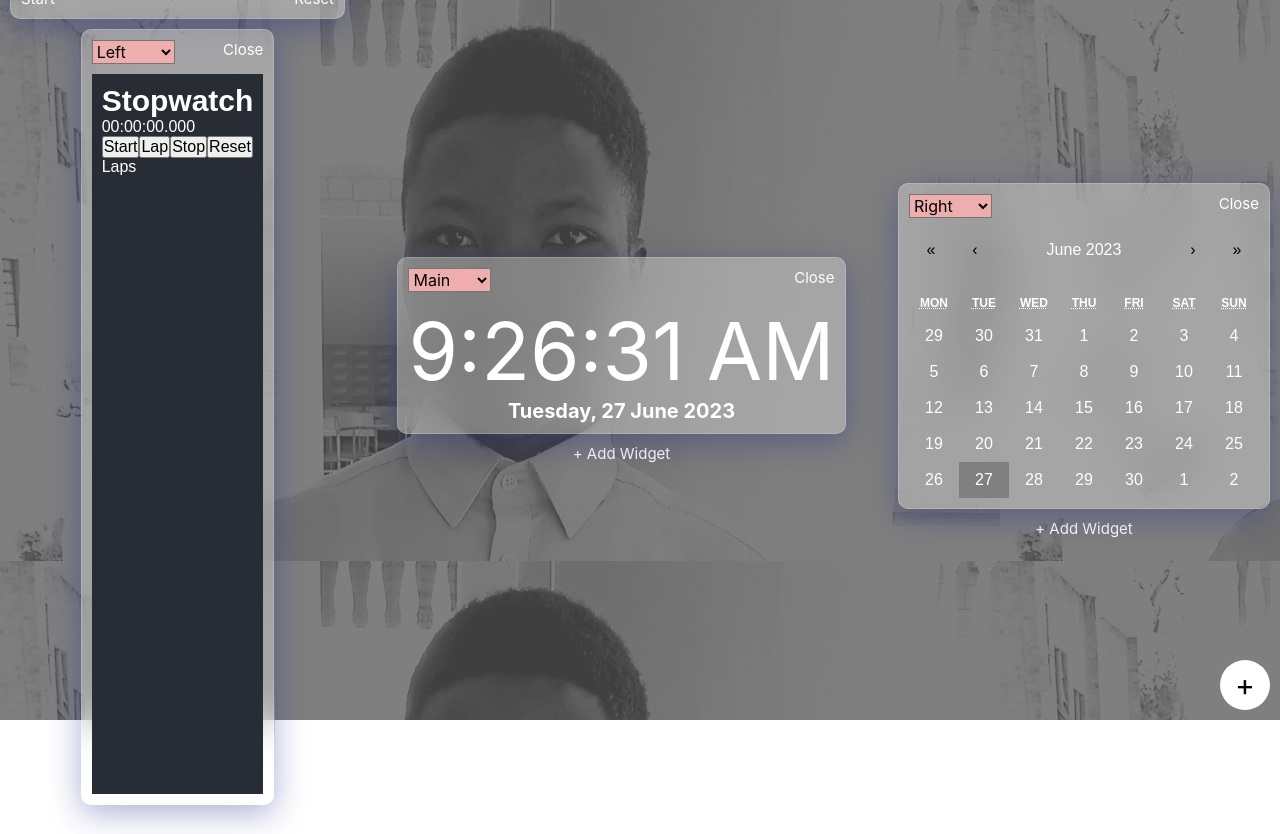
Repository: Angera-Silas/Planner-app
Page: /
The author's editor kept a copy of each file at every save. The page is drawn from the files as they stood at one save, then again after a run of saves.
The browser window is 1280 px wide. The pictures show the whole page.
The project was rebuilt for these pictures with package versions that can differ from the ones it lists, and the page was loaded fresh each time. Also part of the build but not shown: src/widgets/ReminderListWidget.js, src/modals/WidgetGalleryModal.js.

Above is the page before, as saved 2023-06-27 17:43:59.

### src/index.css
body {
  margin: 0;
  font-family: -apple-system, BlinkMacSystemFont, 'Segoe UI', 'Roboto', 'Oxygen',
    'Ubuntu', 'Cantarell', 'Fira Sans', 'Droid Sans', 'Helvetica Neue',
    sans-serif;
  -webkit-font-smoothing: antialiased;
  -moz-osx-font-smoothing: grayscale;
}

code {
  font-family: source-code-pro, Menlo, Monaco, Consolas, 'Courier New',
    monospace;
}
*,
*::before,
*::after {
 box-sizing: border-box;
}

img,
svg,
video,
canvas,
audio,
iframe,
embed,
object {
 display: block;
 max-width: 100%;
}

input,
button,
textarea,
select {
 font: inherit;
 color: black;
}

* {
 margin: 0;
 padding: 0;
 box-sizing: border-box;
 font: inherit;
 color: white;
}

/* width */
::-webkit-scrollbar {
 width: 10px;
}

/* Track */
::-webkit-scrollbar-track {
 background: #363636;
}

/* Handle */
::-webkit-scrollbar-thumb {
 background: #777;
}

/* Handle on hover */
::-webkit-scrollbar-thumb:hover {
 background: #1e1e1e;
}

### src/App.js
import React, { useState } from 'react';
import './App.css';
import ClockWidget from './widgets/ClockWidget';
import WidgetGalleryModal from './modals/WidgetGalleryModal';
import Draggable from 'react-draggable';
import TimerWidget from './widgets/TimerWidget';
import CalendarWidget from './widgets/CalendarWidget';
import MyCustomWidget from './widgets/MyCustomWidget';

function App() {
 const [widgets, setWidgets] = useState([
  { id: new Date().getTime(), component: <ClockWidget />, area: 'main-widget', name: "Date and Time" },
  { id: new Date().getTime() + 2, component: <CalendarWidget />, area: 'right-widget', name: "Calendar" },
  { id: new Date().getTime() + 1, component: <TimerWidget />, area: 'left-widget', name:"Timer" },
  { id: new Date().getTime(), component: <MyCustomWidget/>,area:'left-widget',name:"Stopwatch"},
 ])
 const [showWidgetModal, setShowWidgetModal] = useState(false)
 const [selectedWidgetArea, setSelectedWidgetArea] = useState('')

 const removeWidget = (index) => {
  try {
   setWidgets(widgets.filter(widget => widget.id !== index))
  } catch (error) {
   console.log(error)
  }
 }

 return (
  <>
   {showWidgetModal && <WidgetGalleryModal setShowWidgetModal={setShowWidgetModal} selectedWidgetArea={selectedWidgetArea} widgets={widgets} setWidgets={setWidgets} />}
   <div className="add-button"
    onClick={() => {
     console.log('add button clicked')
     setShowWidgetModal(true)
     setSelectedWidgetArea('none-widget')
    }}
   >
    <p
     className='add-widget-button'
     style={{ background: "none", border: "none", color: "black", fontSize: "30px", cursor: "pointer", backgroundColor: "white", borderRadius: "50%", width: "50px", display: "flex", justifyContent: "center", alignItems: "center", height: "50px", position: "fixed", bottom: "10px", right: "10px" }}
    >+</p>
   </div>
   <div className='none-widget' >
    {widgets.length > 0 && widgets.map((widget, index) => {
     if (widget.area === 'none-widget') {
      return (
       <Draggable>
            <div style={{ padding: 10,}} className='widget-container' >
             <div style={{ marginBottom: 10 }}>
              <select value={widget.area}
               onChange={(e) => {
                let widgetList = [...widgets]
                widgetList[index].area = e.target.value
                setWidgets(widgetList)
               }}
              >
               <option value="none-widget">Floating</option>
               <option value="left-widget">Left</option>
               <option value="main-widget">Main</option>
               <option value="right-widget">Right</option>
              </select>
              <button
               onClick={() => {
                removeWidget(widget.id)
               }}
               style={{ background: "none", border: "none", color: "white", fontSize: "15px", cursor: "pointer", float: "right" }}
              >Close</button>
             </div>
             {widget.component}
            </div>
       </Draggable>
      )
     }
    })}
   </div>
   <div className="App">
    <div className="container">
     <div className='left-widget'>
      {widgets.length > 0 && widgets.map((widget, index) => {
       if (widget.area === 'left-widget') {
        return (
         <div style={{ padding: 10,}} className='widget-container'>
          <div style={{ marginBottom: 10 }}>
           <select value={widget.area}
            onChange={(e) => {
             let widgetList = [...widgets]
             widgetList[index].area = e.target.value
             setWidgets(widgetList)
            }}
           >
            <option value="none-widget">Floating</option>
            <option value="left-widget">Left</option>
            <option value="main-widget">Main</option>
            <option value="right-widget">Right</option>
           </select>
           <button
            onClick={() => {
             removeWidget(widget.id)
            }}
            style={{ background: "none", border: "none", color: "white", fontSize: "15px", cursor: "pointer", float: "right" }}
           >Close</button>
          </div>
          {widget.component}
         </div>
        )
       }
      })}
      {widgets.filter(widget => widget.area === 'left-widget').length < 3 && widgets.filter(widget => widget.area === 'left-widget').length > 0 &&
       <button
        className='add-widget-button'
        onClick={() => {
         setShowWidgetModal(true)
         setSelectedWidgetArea('left-widget')
        }}>+ Add Widget</button>
      }
     </div>
     <div className='main-widget'>
      {widgets.length > 0 && widgets.map((widget, index) => {
       if (widget.area === 'main-widget') {
        return (
         <div style={{ padding: 10,}} className='widget-container' >
          <div style={{ marginBottom: 10 }}>
           <select value={widget.area}
            onChange={(e) => {
             let widgetList = [...widgets]
             widgetList[index].area = e.target.value
             setWidgets(widgetList)
            }}
           >
            <option value="none-widget">Floating</option>
            <option value="left-widget">Left</option>
            <option value="main-widget">Main</option>
            <option value="right-widget">Right</option>
           </select>
           <button
            onClick={() => {
             removeWidget(widget.id)
            }}
            style={{ background: "none", border: "none", color: "white", fontSize: "15px", cursor: "pointer", float: "right" }}
           >Close</button>
          </div>
          {widget.component}
         </div>
        )
       }
      })}
      {widgets.filter(widget => widget.area === 'main-widget').length < 2 &&
       <button
        className='add-widget-button'
        onClick={() => {
         setShowWidgetModal(true)
         setSelectedWidgetArea('main-widget')
        }}>+ Add Widget</button>
      }
     </div>
     <div className='right-widget'>
      {widgets.length > 0 && widgets.map((widget, index) => {
       if (widget.area === 'right-widget') {
        return (
         <div style={{ padding: 10,}} className='widget-container'>
          <div style={{ marginBottom: 10 }}>
           <select value={widget.area}
            onChange={(e) => {
             let widgetList = [...widgets]
             widgetList[index].area = e.target.value
             setWidgets(widgetList)
            }}
           >
            <option value="none-widget">Floating</option>
            <option value="left-widget">Left</option>
            <option value="main-widget">Main</option>
            <option value="right-widget">Right</option>
           </select>
           <button
            onClick={() => {
             removeWidget(widget.id)
            }}
            style={{ background: "none", border: "none", color: "white", fontSize: "15px", cursor: "pointer", float: "right" }}
           >Close</button>
          </div>
          {widget.component}
         </div>
        )
       }
      })}
      {widgets.filter(widget => widget.area === 'right-widget').length < 3 && widgets.filter(widget => widget.area === 'right-widget').length > 0 &&
       <button
        className='add-widget-button'
        onClick={() => {
         setShowWidgetModal(true)
         setSelectedWidgetArea('right-widget')
        }}>+ Add Widget</button>
      }
     </div>
    </div>
   </div>
  </>
 )
}

export default App;

### src/App.css
.App {
  background: url("background.jpg");
  height: 100vh;
  display: flex;
  justify-content: flex-start;
  align-items: center;

}

.container {
  display: flex;
  flex-direction: row;
  align-items: flex-start;
  justify-content: space-between;
  gap: 10px;
  width: 100vw;
  padding: 10px;
  max-height: 100vh;
  height: 100%;

}

.item {
  background-color: rgba(255, 255, 255, 0.8);
  border: 1px solid rgba(0, 0, 0);
  padding: 20px;
  font-size: 30px;
  text-align: center;
}

.time {
  font-size: 80px;
  color: white;
  text-align: center;
}

.date {
  font-size: 20px;
  color: white;
  text-align: center;
  font-weight: bold;
}

.add-widget-button {
  background-color: transparent;
  color: white;
  border: none;
  font-size: 15px;
  text-align: center;
  cursor: pointer;
}

.add-widget-button:hover {
  color: #1e1e1e;
}

.right-widget,
.left-widget,
.main-widget {
  display: flex;
  justify-content: center;
  align-items: center;
  flex-direction: column;
  gap: 10px;
  height: 100%;
  max-width: 500px;
}

.none-widget {
  position: fixed;
  /* height: 100vh;
  width: 100vw; */
  top: 0px;
  left: 0px;
}

select {
 background-color: #efaeae;
}

/* Modal */
.modal {
  position: fixed;
  z-index: 1;
  padding-top: 100px;
  left: 0;
  top: 0;
  width: 100vw;
  height: 100vh;
  overflow: auto;
  background-color: rgb(0, 0, 0, 0.4);
}

.modal-content {
  background-color: #183A37;
  margin: auto;
  padding: 20px;
  width: 50%;
  max-height: 50vh;
  overflow: scroll;
}

.modal-header {
  display: flex;
  justify-content: space-between;
  align-items: flex-start;
}

.modal-header h2 {
  color: white;
  font-weight: bold;
  font-size: 25px;
}

.row {
  display: flex;
  justify-content: space-between;
  align-items: center;
  gap: 10px;
}

.widget-gallery-item {
  color: black;
  border: 1px solid white;
  padding: 10px;
  margin-bottom: 10px;
}

.text-input {
  outline: none;
  border: none;
  border-bottom: 1px solid white;
  width: 100%;
  background-color: transparent;
  color: white;
  font-size: 20px;
  margin-top: 10px;
  padding-bottom: 3px;
}

.widget-container {
  background: rgba(255, 255, 255, 0.3);
  box-shadow: 0 8px 32px 0 rgba(31, 38, 135, 0.37);
  backdrop-filter: blur(20px);
  -webkit-backdrop-filter: blur(20px);
  border-radius: 10px;
  border: 1px solid rgba(255, 255, 255, 0.18);

}

.widget-gallery-item-name{
  font-size: 20px;
  font-weight: bold;
  margin-bottom: 10px;
}
.stopwatch {
 width: 100%;
 height: 100vh;
 background-color: #282c34;
 color: white;
 font-family: sans-serif;
 justify-content: flex-start;
 padding: 10px;
 align-items: center;
}

### src/widgets/ClockWidget.js
import React, { useEffect, useState } from 'react'

export default function ClockWidget() {
  const [time, setTime] = useState(new Date().toLocaleTimeString())
  const [date, setDate] = useState(new Date())
  useEffect(() => {
    const interval = setInterval(() => {
      setTime(new Date().toLocaleTimeString())
      setDate(new Date())
    }, 1000)
    return () => clearInterval(interval)
  }, [])

  const tidyDate = (date) => {
    const dateArray = date
    const day = dateArray.getDay()
    const dateNumber = dateArray.getDate()
    const month = dateArray.getMonth() + 1
    const year = dateArray.getFullYear()

    const days = ['Sunday', 'Monday', 'Tuesday', 'Wednesday', 'Thursday', 'Friday', 'Saturday']
    const months = ['January', 'February', 'March', 'April', 'May', 'June', 'July', 'August', 'September', 'October', 'November', 'December']

    return `${days[day]}, ${dateNumber} ${months[month - 1]} ${year}`

  }

  return (
    <div>
      <p className='time'>{time}</p>
      <p className='date'>{tidyDate(date)}</p>
    </div>
  )
}

### src/widgets/TimerWidget.js
import React, { useEffect, useState } from 'react'

export default function TimerWidget() {
  const [timerListData, setTimerListData] = useState({
    time: 0,
    isRunning: false,
  })

  const tidyTime = (time) => {
    let hours = Math.floor(time / 3600)
    let minutes = Math.floor((time - (hours * 3600)) / 60)
    let seconds = time - (hours * 3600) - (minutes * 60)

    if (hours < 10) { hours = "0" + hours }
    if (minutes < 10) { minutes = "0" + minutes }
    if (seconds < 10) { seconds = "0" + seconds }

    return hours + ':' + minutes + ':' + seconds
  }

  useEffect(() => {
    // timer logic
    let interval = null
    if (timerListData.isRunning && timerListData.time > 0) {
      interval = setInterval(() => {
        setTimerListData({
          ...timerListData,
          time: parseInt(timerListData.time) - 1,
        })
      }, 1000)
    } else if (!timerListData.isRunning && timerListData.time !== 0) {
      setTimerListData({
        ...timerListData,
        isRunning: false,
      })
      clearInterval(interval)
    } else if (timerListData.isRunning && timerListData.time === 0) {
      setTimerListData({
        ...timerListData,
        isRunning: false,
      })
      clearInterval(interval)
      alert('Timer is up!')
    }

      return () => clearInterval(interval)
  }, [timerListData.isRunning, timerListData.time])

  return (
    <div style={{ minWidth: 300 }}>
      <div style={{ display: "flex", justifyContent: "space-between", alignItems: "row" }}>
        <p>Timer</p>
      </div>
      <div className='timer-container'>
        <div className='timer-display'>
          {timerListData.isRunning ?
            <p style={{ textAlign: "center", fontWeight: "bold", fontSize: 20 }}>{tidyTime(timerListData.time)}</p>
            :
            <input type="text" className='text-input' value={timerListData.time} onChange={(e) => {
              setTimerListData({
                ...timerListData,
                time: e.target.value,
              })
            }} />
          }
        </div>
        <div className='timer-controls' style={{ display: "flex", justifyContent: "space-between", alignItems: "center", }}>
          <button
            style={{
              background: "none",
              border: "none",
              color: "white",
              fontSize: "15px",
              cursor: "pointer",
            }}
            onClick={() => {
              setTimerListData({
                ...timerListData,
                isRunning: !timerListData.isRunning,
              })
            }}
          >{timerListData.isRunning ? 'Stop' : 'Start'}</button>
          <button
            style={{
              background: "none",
              border: "none",
              color: "white",
              fontSize: "15px",
              cursor: "pointer",
            }}
            onClick={() => {
              setTimerListData({
                ...timerListData,
                time: 0,
              })
            }}
          >Reset</button>
        </div>
      </div>
    </div>
  )
}

### src/widgets/MyCustomWidget.js
import React, { useEffect, useState } from 'react';
import { BsStopwatch } from 'react-icons/bs'

export default function MyCustomWidget() {
   const [stopwatchData, setStopwatchData] = useState([
  { id: 0, name: "Timer 1", time: 0, isRunning: false, lap: [], time_started: 0, pause: [] },
 ])
 const [selectedRow, setSelectedRow] = useState(0)

 useEffect(() => {
  const interval = setInterval(() => {
   setStopwatchData(stopwatchData.map((stopwatch) => {
    if (stopwatch.isRunning) {
     return { ...stopwatch, time: new Date() - stopwatch.time_started - stopwatch.pause.reduce((a, b) => a + b, 0) }
    }
    return stopwatch
   }))
  }, 10)
  return () => clearInterval(interval)
 }, [stopwatchData])
 const handleStart = (id) => {
  setStopwatchData(stopwatchData.map((stopwatch) => {
   if (stopwatch.id === id) {
    return { ...stopwatch, isRunning: true, time_started: new Date() - stopwatch.time - stopwatch.pause.reduce((a, b) => a + b, 0) }
   }
   return stopwatch
  }))
 }

 const handleStop = (id) => {
  setStopwatchData(stopwatchData.map((stopwatch) => {
   if (stopwatch.id === id) {
    return { ...stopwatch, isRunning: false, pause: [...stopwatch.pause, new Date() - stopwatch.time_started - stopwatch.pause.reduce((a, b) => a + b, 0)] }
   }
   return stopwatch
  }))
 }

 const handleReset = (id) => {
  setStopwatchData(stopwatchData.map((stopwatch) => {
   if (stopwatch.id === id) {
    return { ...stopwatch, time: 0, isRunning: false, lap: [] }
   }
   return stopwatch
  }))
 }

 const handleLap = (id) => {
  setStopwatchData(stopwatchData.map((stopwatch) => {
   if (stopwatch.id === id) {
    return { ...stopwatch, lap: [...stopwatch.lap, stopwatch.time] }
   }
   return stopwatch
  }))
 }
  return (
    <div className='stopwatch'>
      <div style={{ display: "flex", alignItems: "center", flexDirection: "row", justifyContent: "space-between", width: "100%" }}>
      <div style={{ textAlign: "left" }}>
       <h1 style={{ fontWeight: "bold", fontSize: 30 }}>Stopwatch</h1>
      </div>
     </div>

     <p className='main-time-label'>{stopwatchData[selectedRow]?.time > 0 ? new Date(stopwatchData[selectedRow]?.time).toISOString().slice(11, -1) : "00:00:00.000"}</p>
     <div className="main-button-controls">
      <button className={"control-buttons"} onClick={() => handleStart(stopwatchData[selectedRow].id)}>Start</button>
      <button className={"control-buttons"} onClick={() => handleLap(stopwatchData[selectedRow].id)}>Lap</button>
      <button className={"control-buttons"} onClick={() => handleStop(stopwatchData[selectedRow].id)}>Stop</button>
      <button className={"control-buttons"} onClick={() => handleReset(stopwatchData[selectedRow].id)}>Reset</button>
     </div>
     <p className='lap-label'>Laps</p>
     <div className='lap-container'>
      {stopwatchData[selectedRow]?.lap.length > 0 && stopwatchData[selectedRow]?.lap.map((lap, index) => (
       <div style={{ display: "flex", justifyContent: "space-between", width: "500px" }}>
        <p>Lap {index + 1}</p>
        <p className='lap-time-label' key={index}>{new Date(lap).toISOString().slice(11, -1)}</p>
       </div>
      ))}
     </div>
    </div>
  )
}

### src/styles/styles.css
.react-calendar {
  width: 350px;
  max-width: 100%;
  background: transparent;
  font-family: Arial, Helvetica, sans-serif;
  line-height: 1.125em;
}

.react-calendar--doubleView {
  width: 700px;
}

.react-calendar--doubleView .react-calendar__viewContainer {
  display: flex;
  margin: -0.5em;
}

.react-calendar--doubleView .react-calendar__viewContainer > * {
  width: 50%;
  margin: 0.5em;
}

.react-calendar,
.react-calendar *,
.react-calendar *:before,
.react-calendar *:after {
  -moz-box-sizing: border-box;
  -webkit-box-sizing: border-box;
  box-sizing: border-box;
}

.react-calendar button {
  margin: 0;
  border: 0;
  outline: none;
}

.react-calendar button:enabled:hover {
  cursor: pointer;
}

.react-calendar__navigation {
  display: flex;
  height: 44px;
  margin-bottom: 1em;
}

.react-calendar__navigation button {
  min-width: 44px;
  background: none;
}

.react-calendar__navigation button:disabled {
  background-color: #f0f0f0;
}

.react-calendar__navigation button:enabled:hover,
.react-calendar__navigation button:enabled:focus {
  background-color: #e6e6e6;
}

.react-calendar__month-view__weekdays {
  text-align: center;
  text-transform: uppercase;
  font-weight: bold;
  font-size: 0.75em;
}

.react-calendar__month-view__weekdays__weekday {
  padding: 0.5em;
}

.react-calendar__month-view__weekNumbers .react-calendar__tile {
  display: flex;
  align-items: center;
  justify-content: center;
  font-size: 0.75em;
  font-weight: bold;
}

.react-calendar__month-view__days__day--weekend {
  color: #d10000;
}

.react-calendar__month-view__days__day--neighboringMonth {
  color: #757575;
}

.react-calendar__year-view .react-calendar__tile,
.react-calendar__decade-view .react-calendar__tile,
.react-calendar__century-view .react-calendar__tile {
  padding: 2em 0.5em;
}

.react-calendar__tile {
  max-width: 100%;
  padding: 10px 6.6667px;
  background: none;
  text-align: center;
  line-height: 16px;
}

.react-calendar__tile:disabled {
  background-color: #f0f0f0;
}

.react-calendar__tile:enabled:hover,
.react-calendar__tile:enabled:focus {
  background-color: #e6e6e6;
}

.react-calendar__tile--now {
  background: gray;
}

.react-calendar__tile--now:enabled:hover,
.react-calendar__tile--now:enabled:focus {
  background: gray;
}

.react-calendar__tile--hasActive {
  background: #76baff;
}

.react-calendar__tile--hasActive:enabled:hover,
.react-calendar__tile--hasActive:enabled:focus {
  background: #a9d4ff;
}

.react-calendar__tile--active {
  background: #006edc;
  color: white;
}

.react-calendar__tile--active:enabled:hover,
.react-calendar__tile--active:enabled:focus {
  background: #1087ff;
}

.react-calendar--selectRange .react-calendar__tile--hover {
  background-color: #e6e6e6;
}

Loaded but not shown: public/index.html (common file); src/index.js (common file); src/reportWebVitals.js (common file); src/widgets/CalendarWidget.js (common file)

After the next 2 saves:
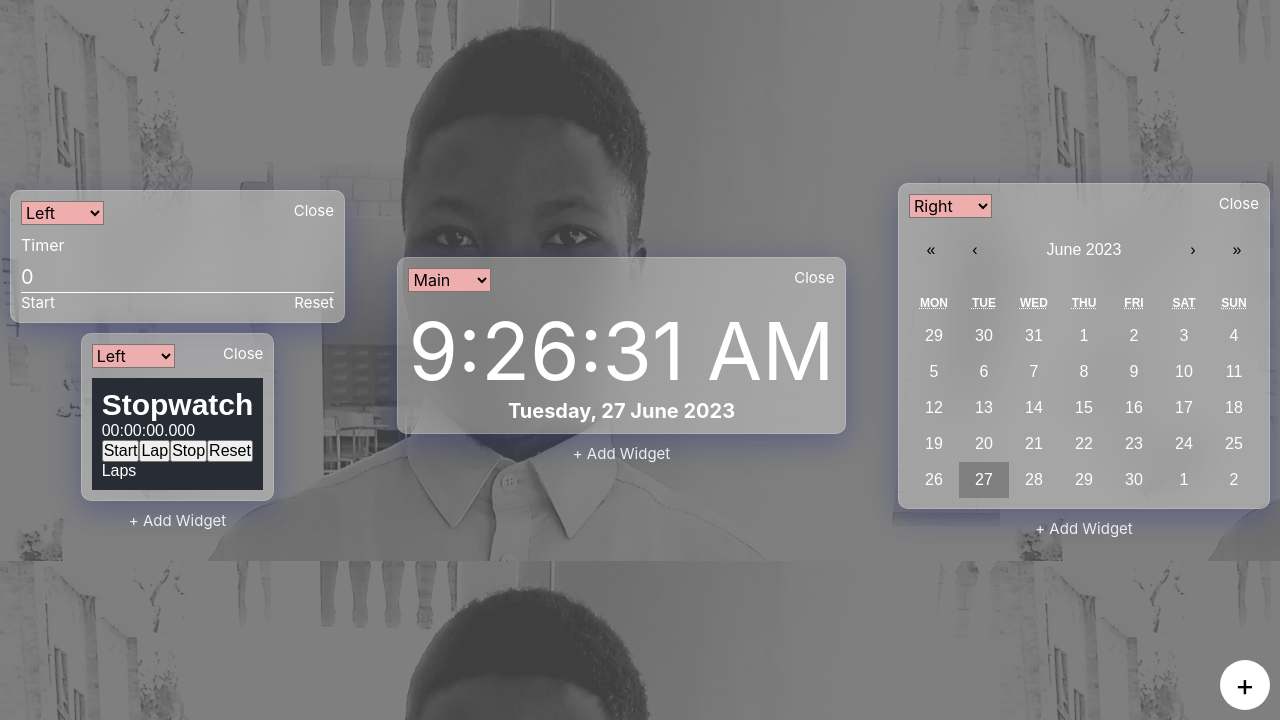
The 2 saves are shown as one change because they came seconds apart.
The last was saved 14 s later.
--- a/src/App.css
+++ b/src/App.css
@@ -155,7 +155,6 @@ select {
 }
 .stopwatch {
  width: 100%;
- height: 100vh;
  background-color: #282c34;
  color: white;
  font-family: sans-serif;
